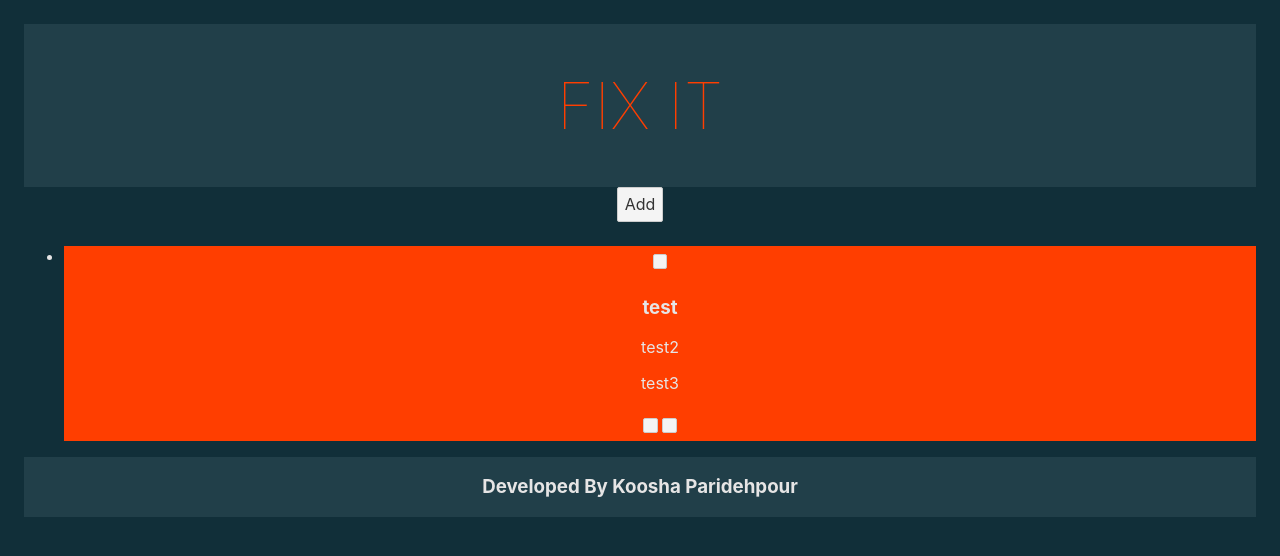
Repository: KooshaPari/fixit-go
Page: / (app in frontend/)
These files come from the project's save history. The page is drawn as it stood at one moment and after a run of saves; the edit follows.
The browser window is 1280 px wide. The pictures show the whole page.
The project was rebuilt for these pictures with package versions that can differ from the ones it lists, and the page was loaded fresh each time.

Above is the page before, as saved 2024-09-23 20:46:06.

After the next 3 saves:
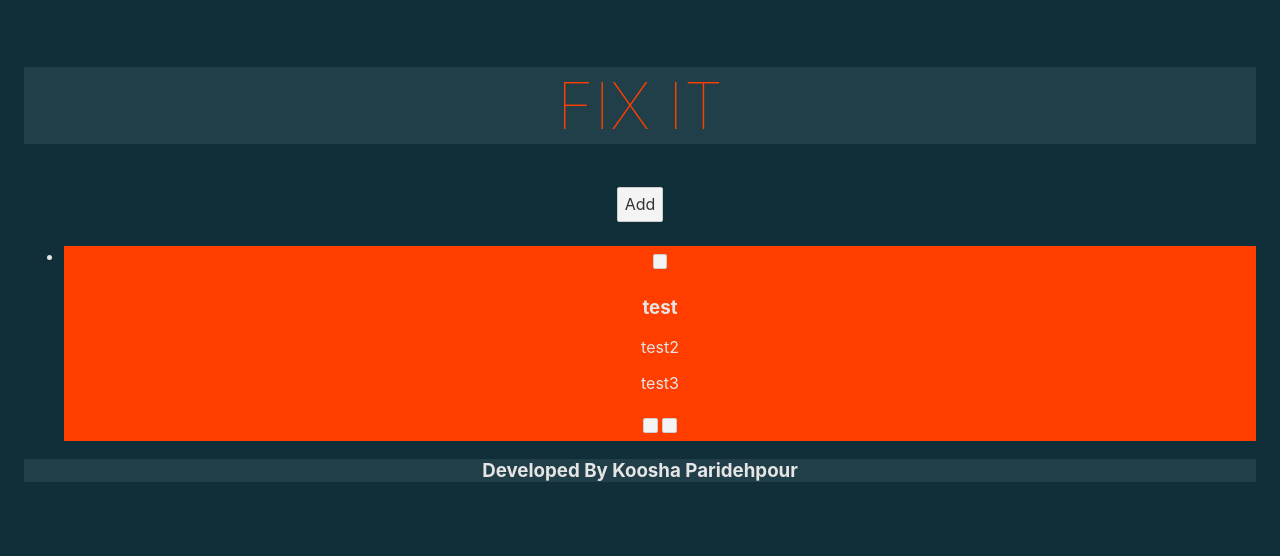
The 3 saves are shown as one change because 1 did not build or start and some came seconds apart.
The last was saved 16 s later.
--- a/frontend/src/App.svelte
+++ b/frontend/src/App.svelte
@@ -102,12 +102,7 @@
 		background-color: #ff3e00;
 
 	}
-	#parent{
-		width:100%;
-		display:flex;
-		flex-direction: column;
 
-	}
 	#header, #footer{
 		background-color: #213f49;
 		width: 100%;
